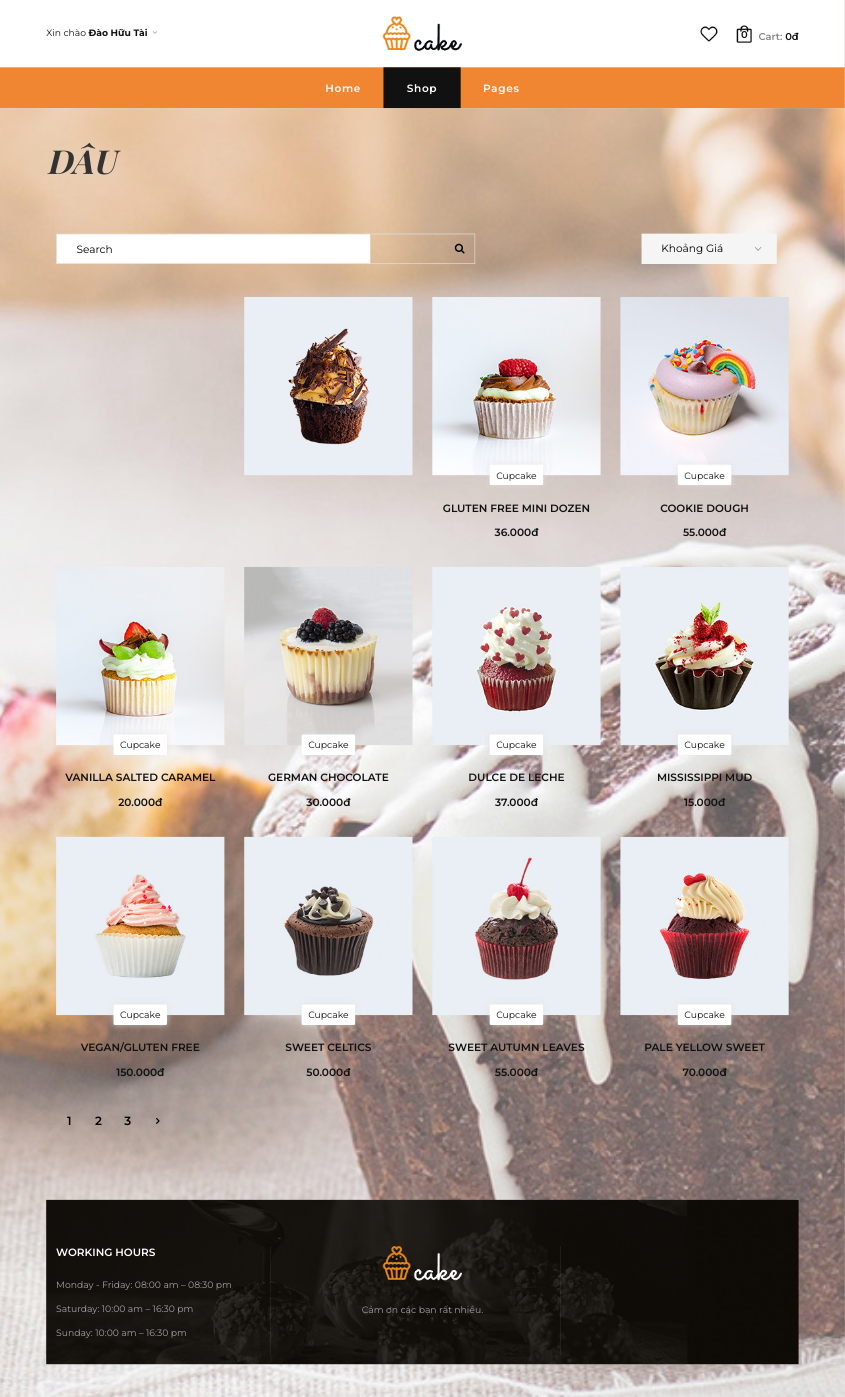
Repository: nhanto2n-byte/Nhom10ChieuThu3
Page: ProjectWeb/cake-main/shop-dau.html
These files come from the project's save history. The page is drawn as it stood at one moment and after the next save; the edit follows.
The browser window is 1280 px wide. The pictures show the whole page, at 66% of full size.

Above is the page before, as saved 2025-11-03 11:51:09.

After the next save:
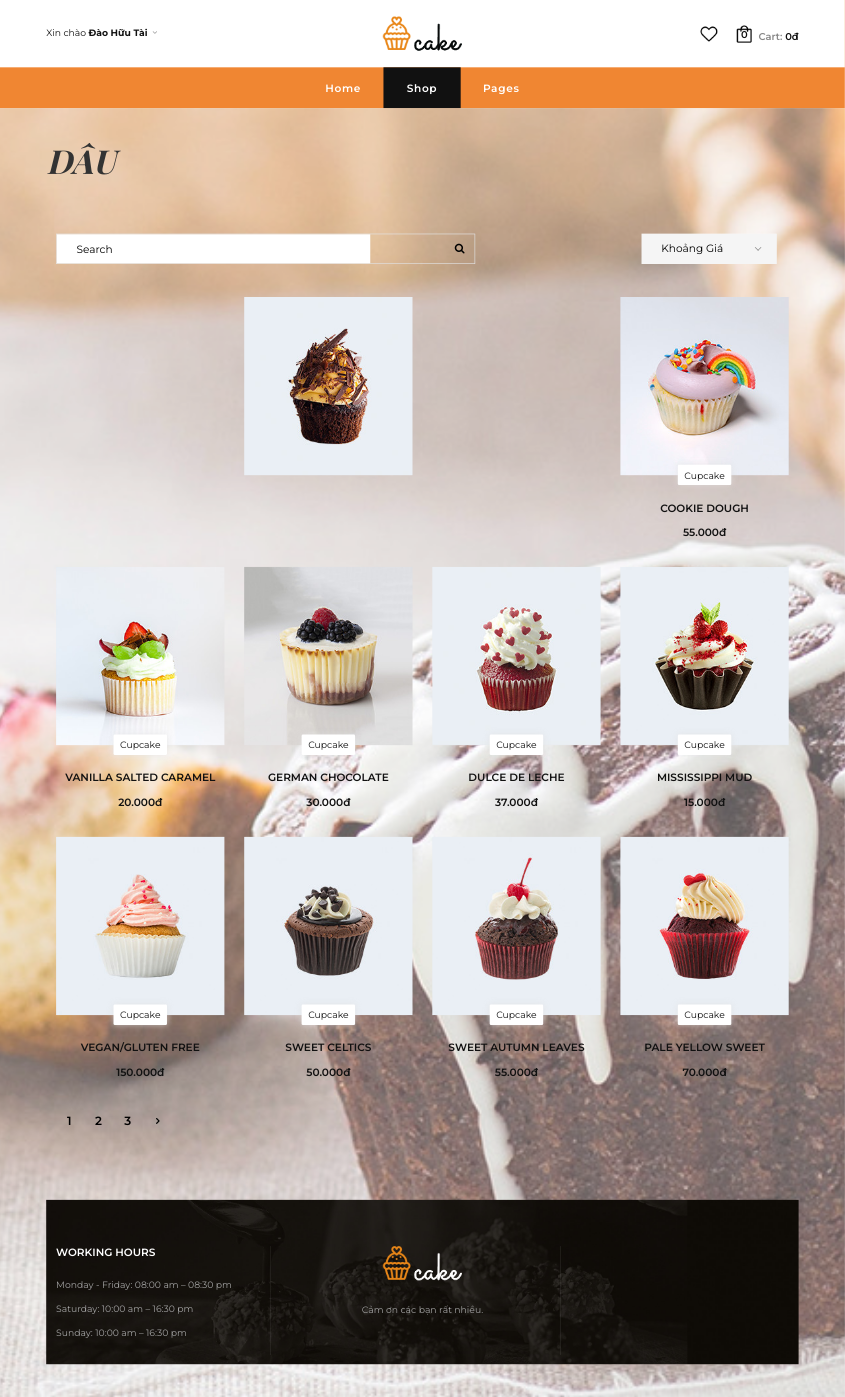
Saved 19 s later.
--- a/ProjectWeb/cake-main/shop-dau.html
+++ b/ProjectWeb/cake-main/shop-dau.html
@@ -272,18 +272,7 @@ button:hover {
                 </div>
                 <div class="col-lg-3 col-md-6 col-sm-6">
                     <div class="product__item">
-                        <div class="product__item__pic set-bg" data-setbg="img/shop/product-3.jpg">
-                            <div class="product__label">
-                                <span>Cupcake</span>
-                            </div>
-                        </div>
-                        <div class="product__item__text">
-                            <h6><a href="shop-chitiet.html">Gluten Free Mini Dozen</a></h6>
-                            <div class="product__item__price">36.000đ</div>
-                            <div class="cart_add">
-                                <a href="./shoping-cart.html">Add to cart</a>
-                            </div>
-                        </div>
+
                     </div>
                 </div>
                 <div class="col-lg-3 col-md-6 col-sm-6">
